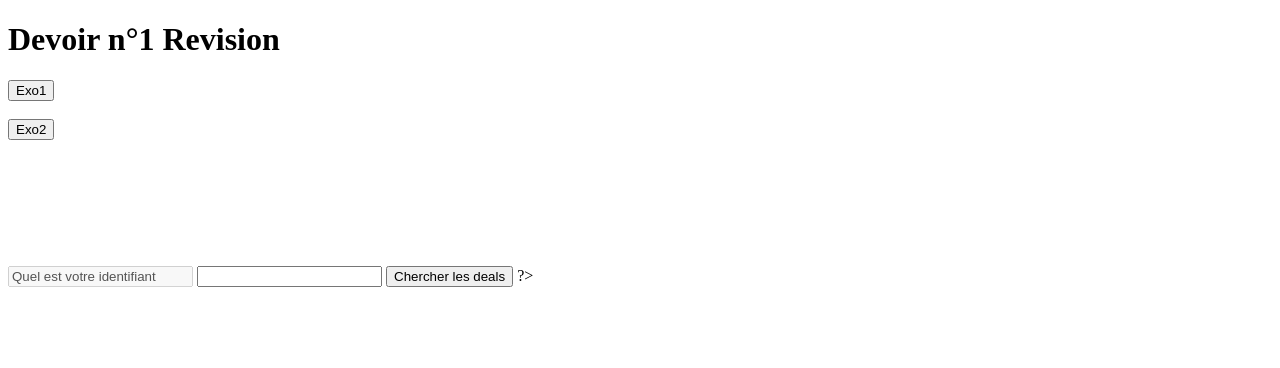
Repository: Chebani/Devoir-n1
Page: index.html
The author's editor kept a copy of each file at every save. The page is drawn from the files as they stood at one save, then again after the next save.
The browser window is 1280 px wide. The pictures show the whole page.

Above is the page before, as saved 2018-09-20 17:14:41.

After the next save:
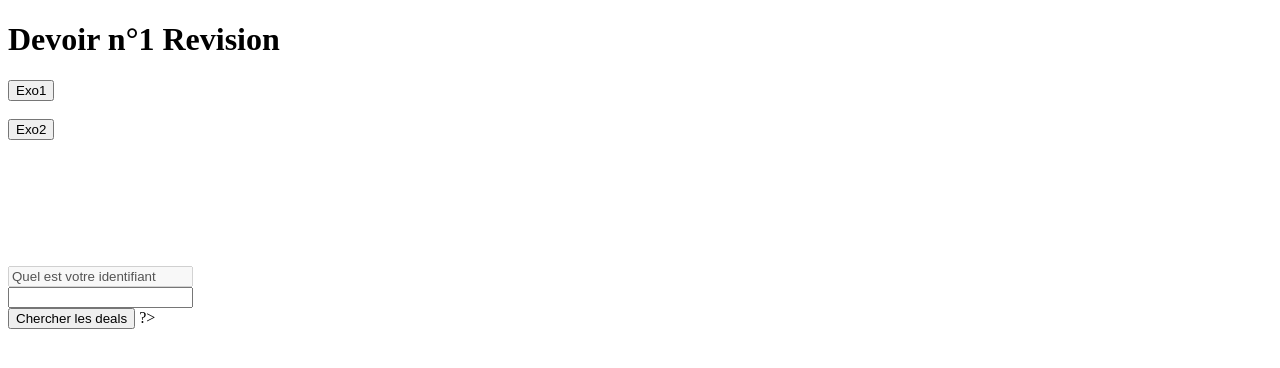
Saved 10 s later.
--- a/index.html
+++ b/index.html
@@ -31,8 +31,8 @@
     <br><br><br>
     <div id="services"></div>
 
-    <input type='text' disabled='disabled' value='Quel est votre identifiant'/>
-    <input type='text' id='lstDeals'/>
+    <input type='text' disabled='disabled' value='Quel est votre identifiant'/><br>
+    <input type='text' id='lstDeals'/><br>
     <input type='button' value='Chercher les deals'/>
     ?>
 </body>
